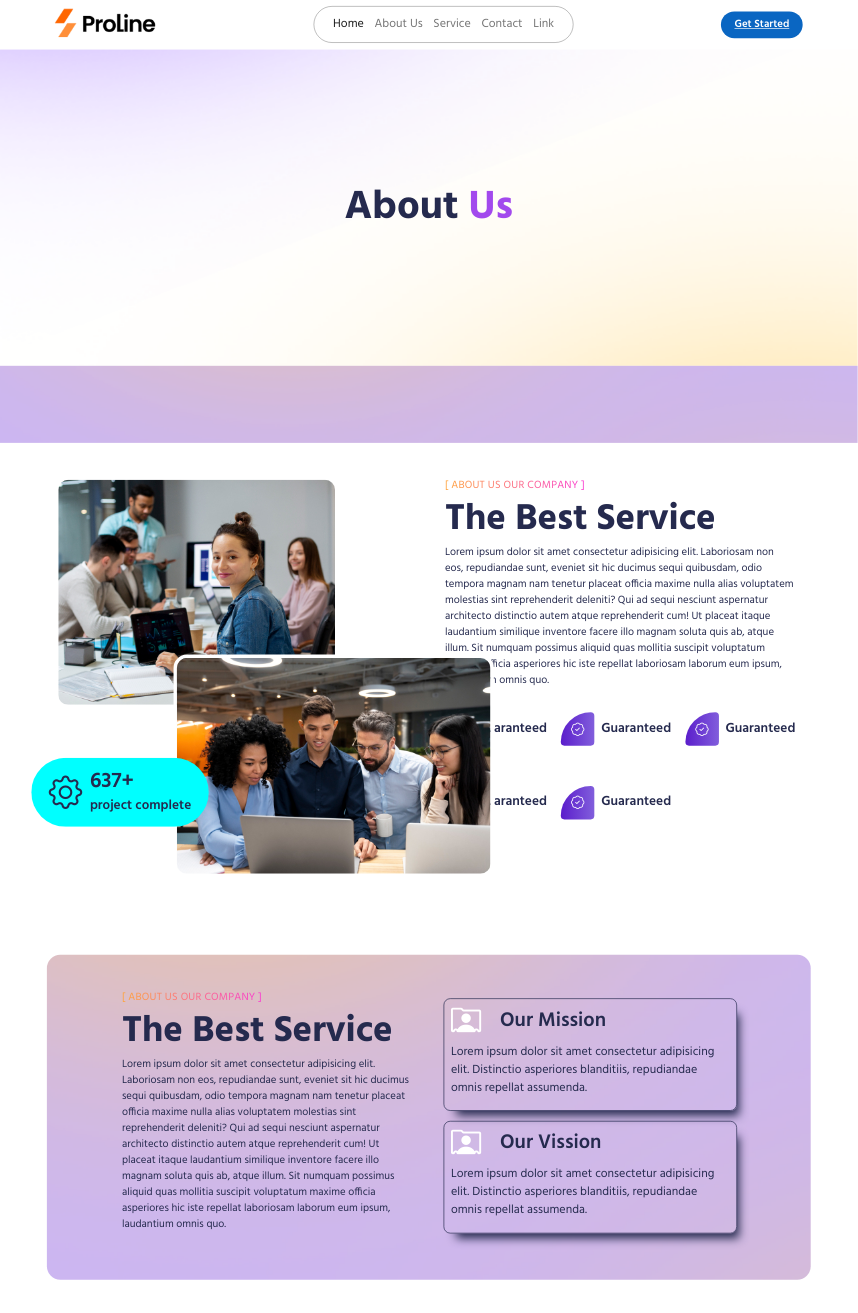
Repository: tagnam/corporate
Page: aboutus.html
These files come from the project's save history. The page is drawn as it stood at one moment and after the next save; the edit follows.
The browser window is 1280 px wide. The pictures show the whole page, at 67% of full size.

Above is the page before, as saved 2025-02-15 12:51:53.

After the next save:
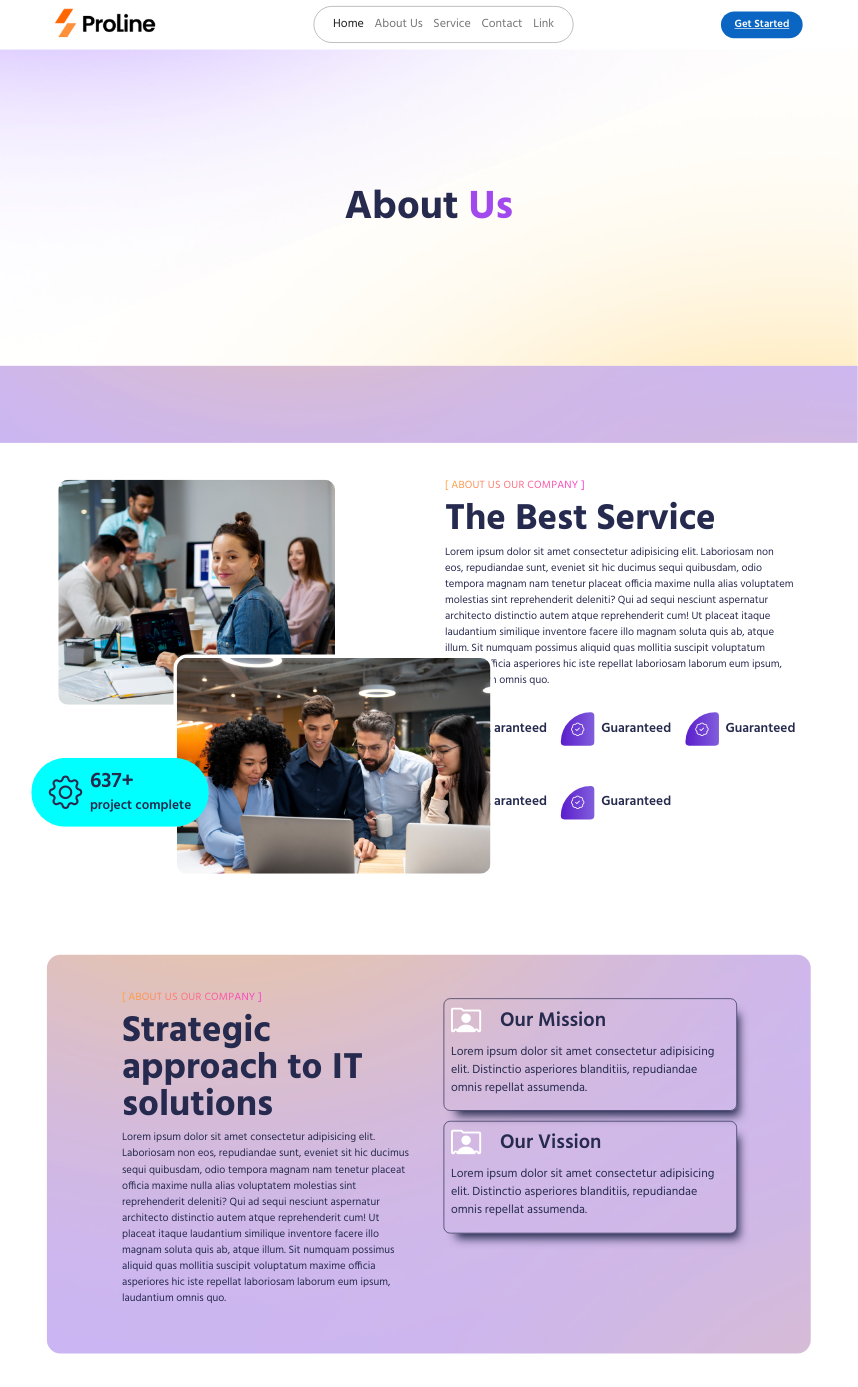
Saved 33 s later.
--- a/aboutus.html
+++ b/aboutus.html
@@ -188,7 +188,7 @@
                         <div class="col-lg-6">
                             <div class="container-fluid" style="margin-bottom: 20px;">
                                 <h3 class="sub-heading">[ about us our company ]</h3>
-                                <h1 class="title">The Best Service</h1>
+                                <h1 class="title">Strategic approach to IT solutions</h1>
 
                                 <div class="about-text">
                                     <p>
